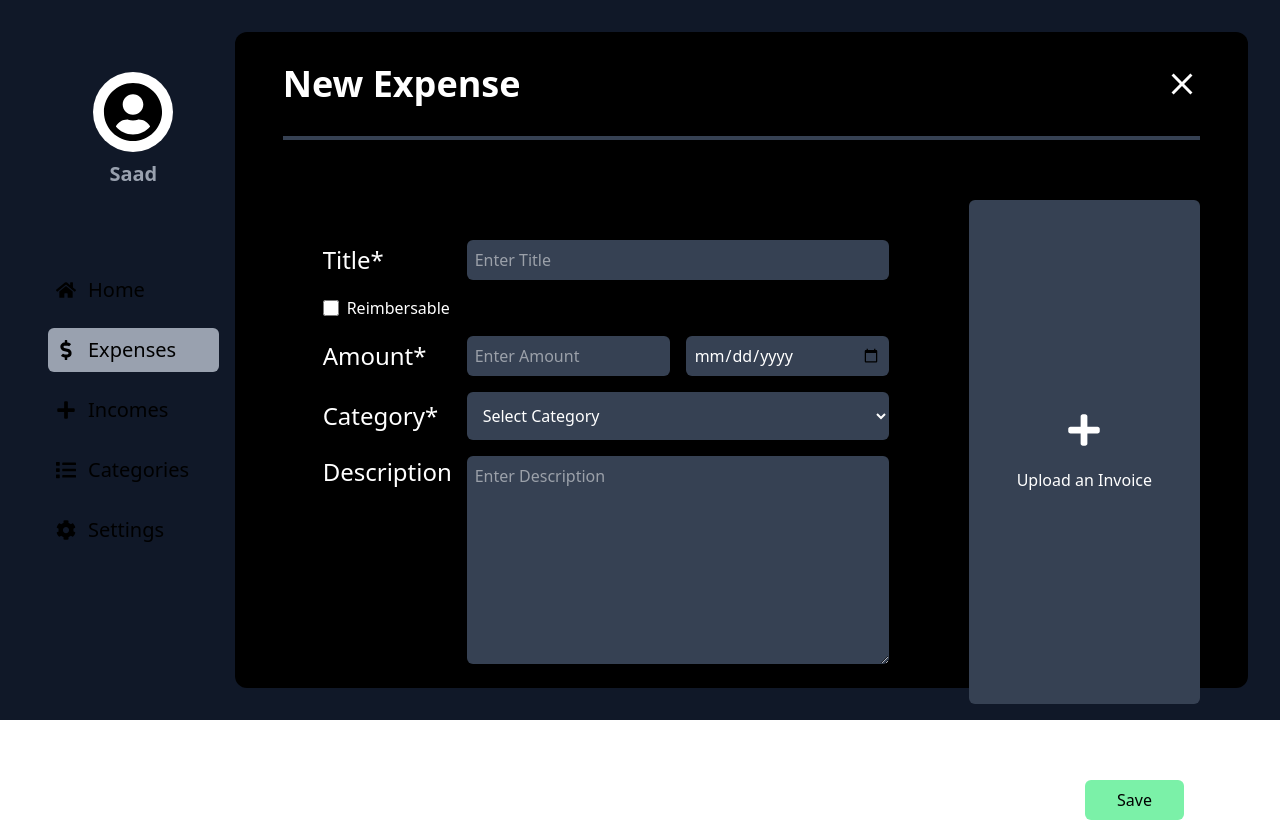
Repository: saad-naveed-brainx/Expense
Page: /expenses
An editor plug-in stored every save of this project. The page is shown before and after the next save, followed by the edit.
The browser window is 1280 px wide. The pictures show the whole page.
The project was rebuilt for these pictures with package versions that can differ from the ones it lists, and the page was loaded fresh each time. Also part of the build but not shown: vite.config.js, src/components/LandingPage.jsx, src/components/NotUsed.jsx.

Above is the page before, as saved 2025-09-04 17:44:22.

After the next save:
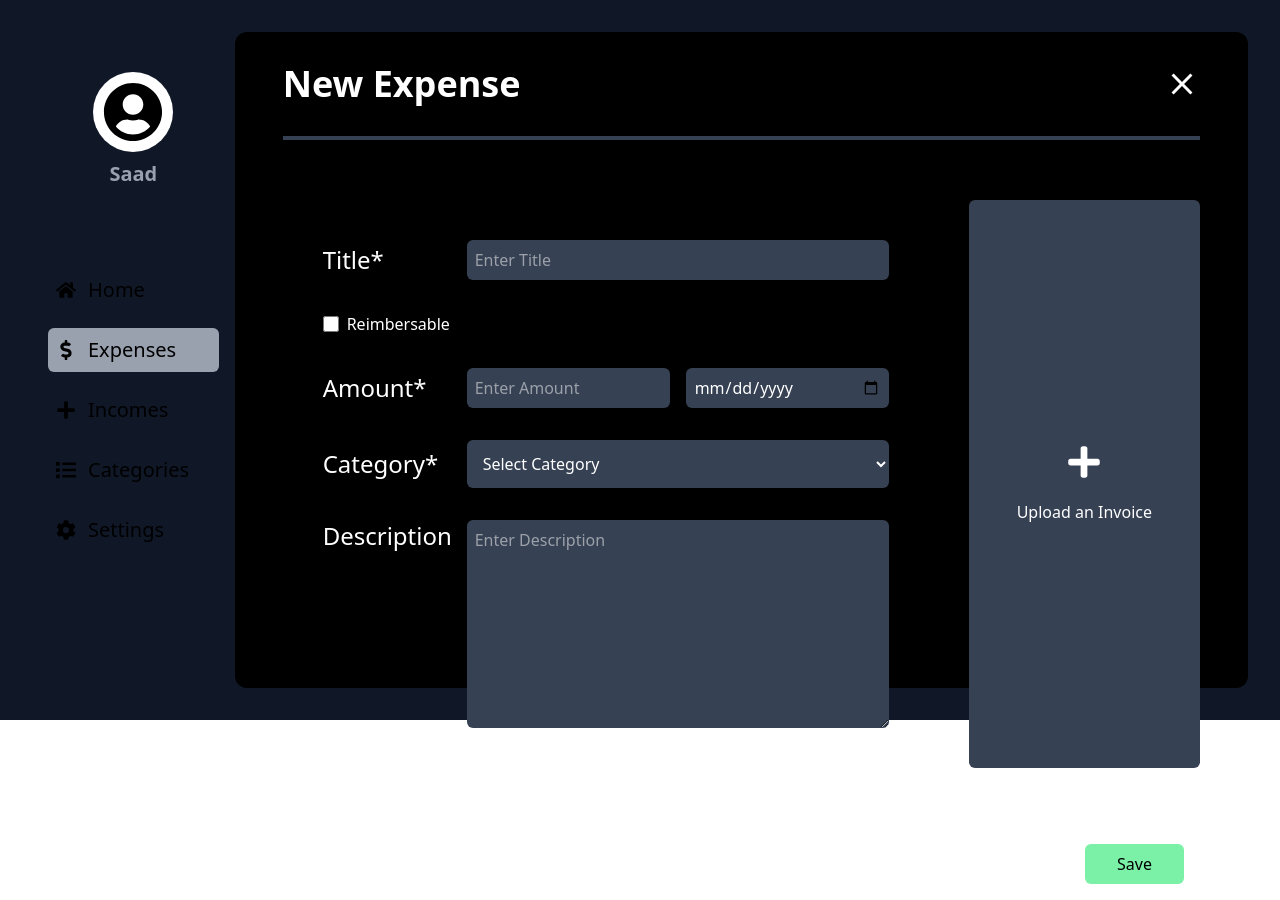
Saved 13 s later.
--- a/src/components/Expenses.jsx
+++ b/src/components/Expenses.jsx
@@ -27,7 +27,7 @@ export default function Expenses() {
       </div>
       <div className='flex items-center justify-evenly h-full gap-10'>
         <div className='w-full'>
-          <form className='p-10 flex flex-col gap-4' onSubmit={handleSubmit(onSubmit)}>
+          <form className='p-10 flex flex-col gap-8' onSubmit={handleSubmit(onSubmit)}>
             <div className='flex gap-4 items-center'>
               <h1 className='text-2xl w-32 shrink-0'>Title*</h1>
               <input type="text" placeholder='Enter Title' className='bg-gray-700 rounded-md p-2 flex-1 min-w-0' {...register("title", {required:true})} />
